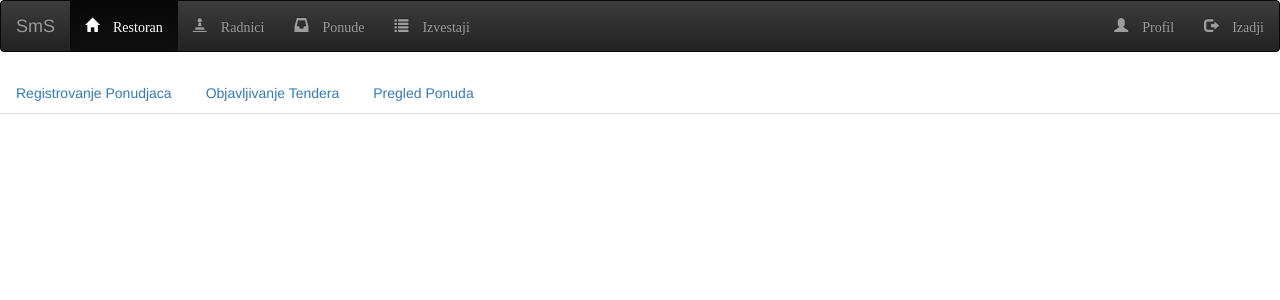
Repository: milanadam94/ISA-2016
Page: jpa-example/src/main/webapp/RestaurantManager/RestaurantManagerOfferers.html
These files come from the project's save history. The page is drawn as it stood at one moment and after the next save; the edit follows.
The browser window is 1280 px wide. The pictures show the whole page.
Some web libraries are served in a nearby version.

Above is the page before, as saved 2017-03-01 08:35:32.

After the next save:
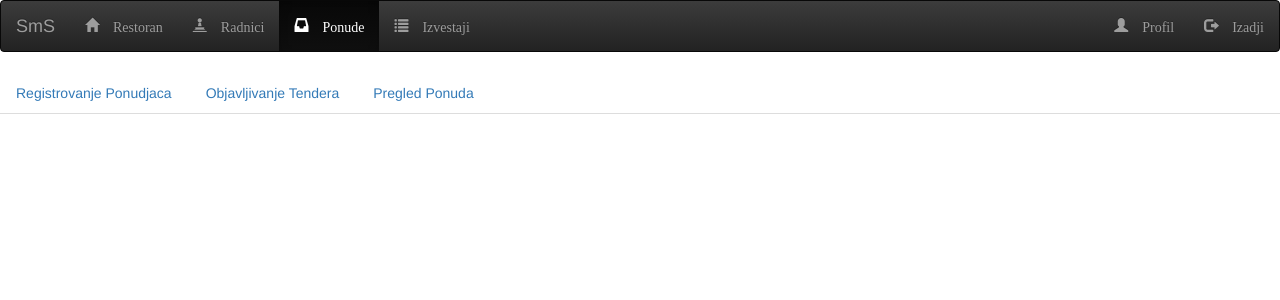
Saved 36 s later.
--- a/jpa-example/src/main/webapp/RestaurantManager/RestaurantManagerOfferers.html
+++ b/jpa-example/src/main/webapp/RestaurantManager/RestaurantManagerOfferers.html
@@ -34,9 +34,9 @@
 				<a class="navbar-brand">SmS</a>
 			</div>
 		<ul class="nav navbar-nav">
-			<li class="active"><a href="RestaurantManager.html" ng-click="getRestaurant()"><span class="glyphicon glyphicon-home"> Restoran </span></a></li>
+			<li><a href="RestaurantManager.html" ng-click="getRestaurant()"><span class="glyphicon glyphicon-home"> Restoran </span></a></li>
 			<li><a href="RestaurantManagerWorkers.html"><span class="glyphicon glyphicon-pawn"> Radnici</span></a></li>
-			<li><a href="RestaurantManagerOfferers.html"><span class="glyphicon glyphicon-inbox"> Ponude </span></a></li>
+			<li class="active"><a href="RestaurantManagerOfferers.html"><span class="glyphicon glyphicon-inbox"> Ponude </span></a></li>
 			<li><a href="RestourantManagerReport.html"><span class="glyphicon glyphicon-list"> Izvestaji </span></a></li>
 		</ul>
 		<ul class="nav navbar-nav navbar-right">
